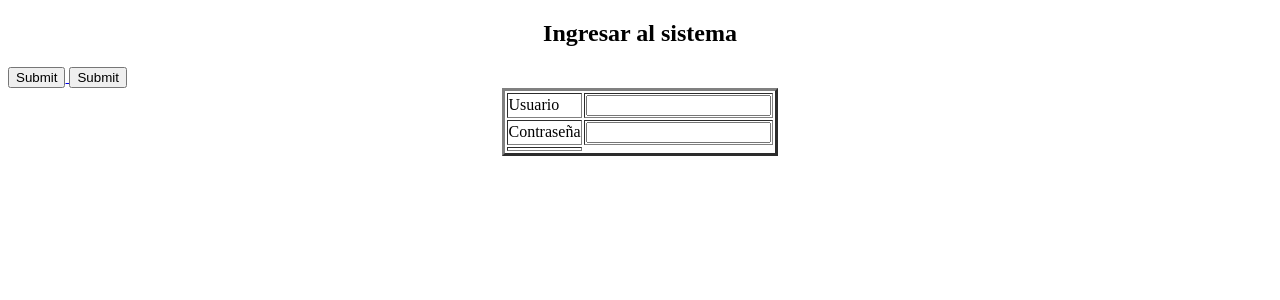
Repository: NayshaOCruz98/CL2ORTIZ
Page: http://localhost/LPII_CL2_ORTIZCRUZNAYSHA/
These files come from the project's save history. The page is drawn as it stood at one moment and after the next save; the edit follows.
The browser window is 1280 px wide. The pictures show the whole page.
The page is served by Tomcat 9. Other server files are loaded and not shown.

Above is the page before, as saved 2023-10-24 19:11:27.

### LPII_CL2_ORTIZCRUZNAYSHA/src/main/webapp/index.jsp
<%@ page language="java" contentType="text/html; charset=ISO-8859-1"
    pageEncoding="ISO-8859-1"%>

<!DOCTYPE html>
<html>
<head>
<meta http-equiv="Content-Type" content="text/html; charset=ISO-8859-1">
<title>Ventana Usuario</title>
</head>
<body>
<h2 align="center">Ingresar al sistema</h2>

<form action="ControladorServlet" method="post">

<table align="center" border="3">
<tr>
<td>Usuario</td>
<td><input type="text" name="usuario"></td>
</tr>
<tr>
<td>Contraseña</td>
<td><input type="text" name="usuario"></td>
</tr>
<tr>
<td colspan="1"></td>
<input type="submit" name="Registra usuario">
<a href="ControladorServletprod"> <input type="submit" name="Ingresar">
</tr>


</table>
</form>



</form>
</body>
</html>

After the next save:
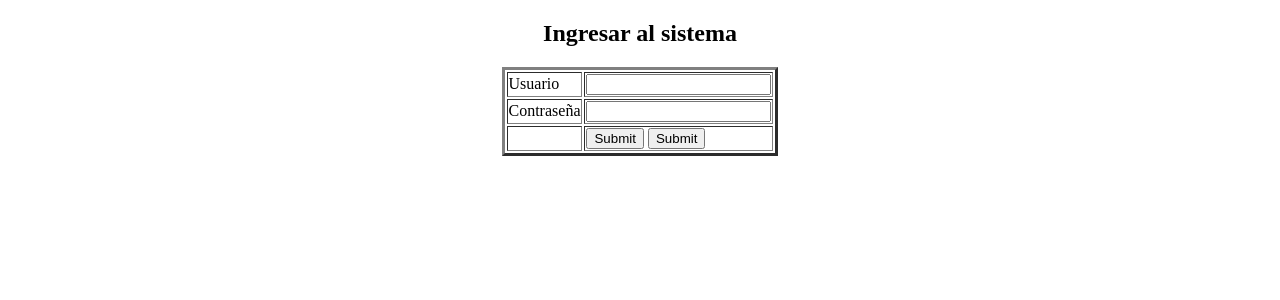
Saved 57 s later.
--- a/LPII_CL2_ORTIZCRUZNAYSHA/src/main/webapp/index.jsp
+++ b/LPII_CL2_ORTIZCRUZNAYSHA/src/main/webapp/index.jsp
@@ -23,8 +23,8 @@
 </tr>
 <tr>
 <td colspan="1"></td>
-<input type="submit" name="Registra usuario">
-<a href="ControladorServletprod"> <input type="submit" name="Ingresar">
+<td><input type="submit" name="Registra usuario">
+<a href="ControladorServletprod"> <input type="submit" name="Ingresar"></a></td>
 </tr>
 
 
